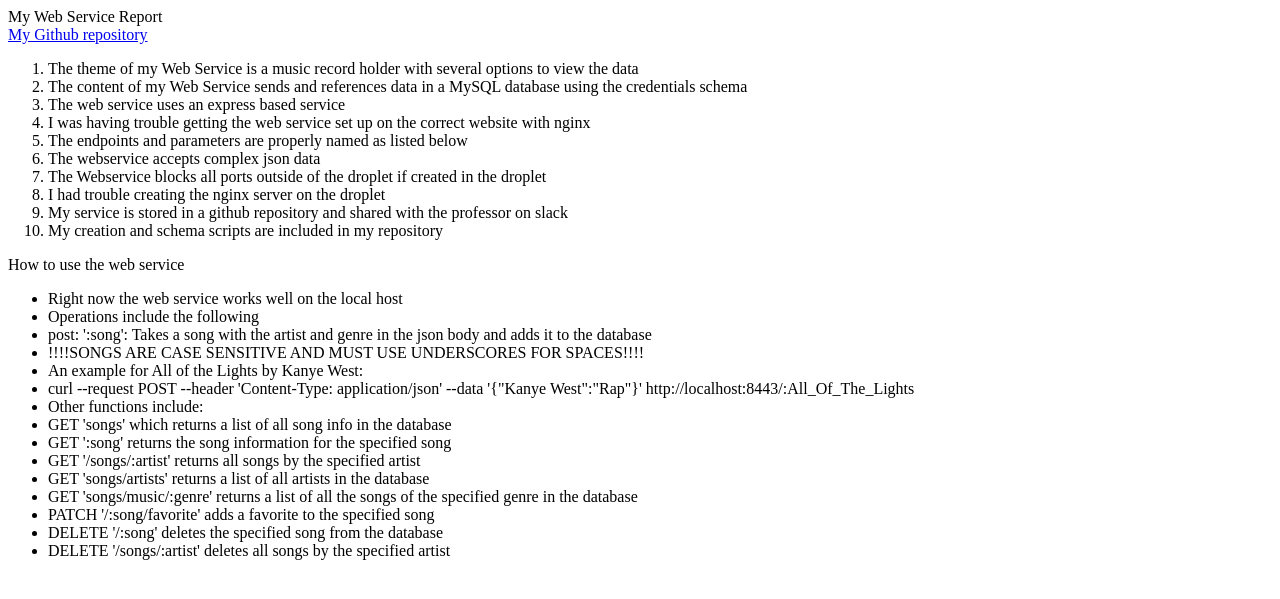
Repository: alharama/WebService
Page: report.html
The author's editor kept a copy of each file at every save. The page is drawn from the files as they stood at one save, then again after the next save.
The browser window is 1280 px wide. The pictures show the whole page.

Above is the page before, as saved 2021-10-29 13:43:51.

After the next save:
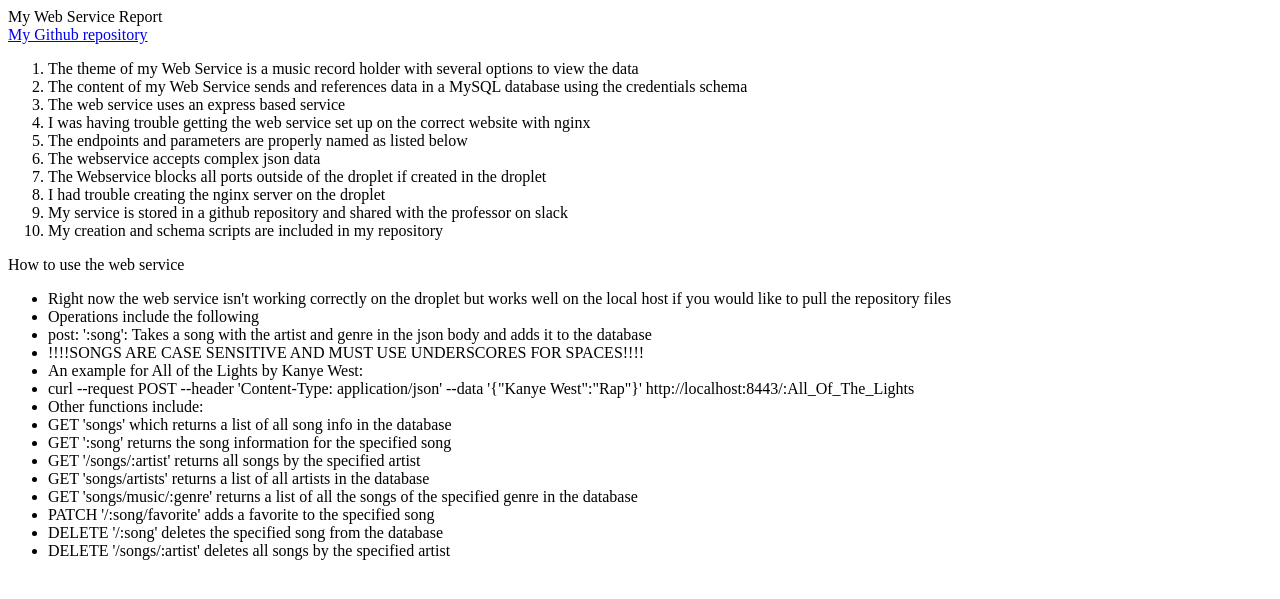
Saved 14 min 5 s later.
--- a/report.html
+++ b/report.html
@@ -38,7 +38,11 @@
 
     How to use the web service
     <ul>
-      <li>Right now the web service works well on the local host</li>
+      <li>
+        Right now the web service isn't working correctly on the droplet but
+        works well on the local host if you would like to pull the repository
+        files
+      </li>
       <li>Operations include the following</li>
       <li>
         post: ':song': Takes a song with the artist and genre in the json body
